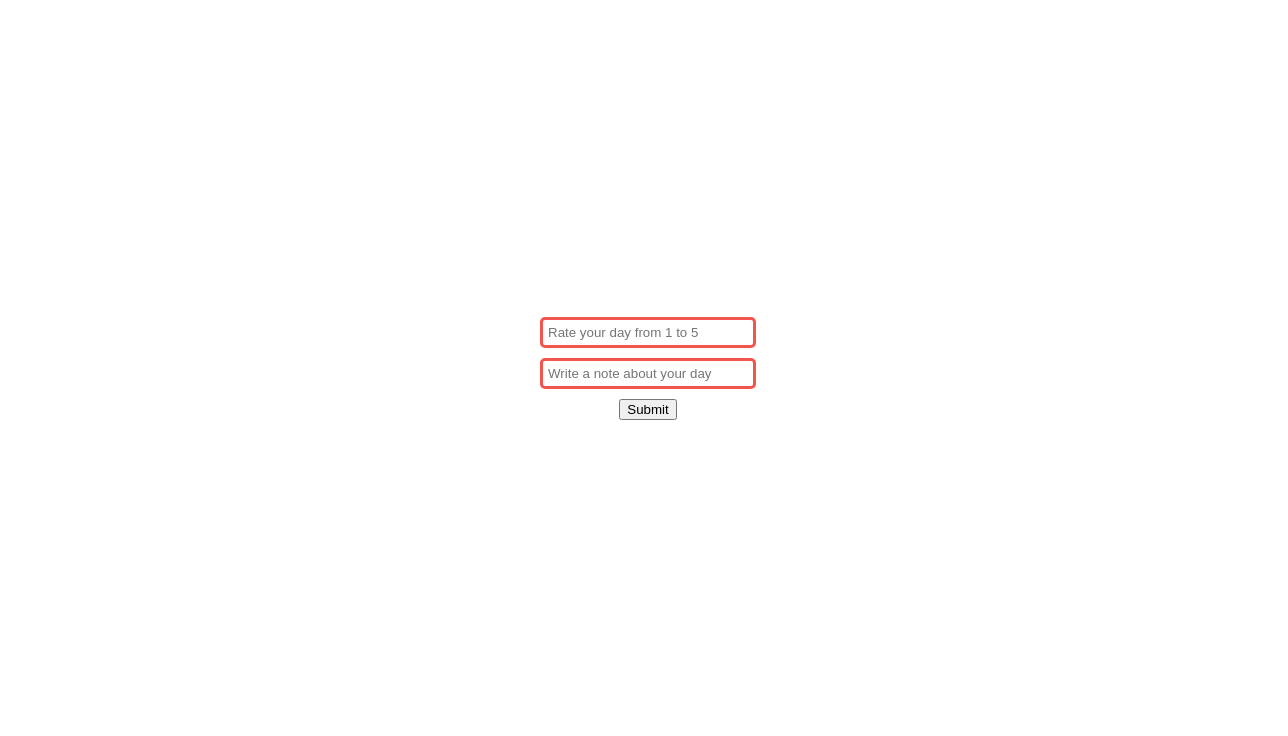
Repository: elenav24/RateMyDay
Page: frontend/index.html
An editor plug-in stored every save of this project. The page is shown before and after the next save, followed by the edit.
The browser window is 1280 px wide. The page is 1288 px wide, so the pictures cover 1288 px, including what lies to the right of the window. The pictures show the whole page.

Above is the page before, as saved 2025-05-15 01:21:30.

### frontend/index.html
<!DOCTYPE html>

<html lang="en">
    <head>
        <meta charset="utf-8">
        <title>Rate My Day!</title>
        <meta name="description" content="Welcome to Rate My Day!">
        <meta name="viewport" content="width=device-width, initial-scale=1">
        <link rel="stylesheet" href="style.css">
    </head>
    <body>
        <div class="container">
            <input type="text" id="rating" placeholder="Rate your day from 1 to 5">
            <input type="text" id="note" placeholder="Write a note about your day">
            <button id="submit">Submit</button>
        </div>

        <script src="script.js" defer></script>
    </body>
</html>

### frontend/style.css
.container {
    display: flex;
    flex-direction: column;
    align-items: center;
    justify-content: center;
    width: 100vw;
    height: 100vh;
}

#rating, #note {
    display: flex;
    flex-direction: column;
    justify-content: center;
    align-content: center;
    border: 3px solid #f2554d;
    border-radius: 5px;
    width: 200px;
    padding: 5px;
    margin-bottom: 10px;
}

### frontend/script.js
document.addEventListener('DOMContentLoaded', () => {
    const button = document.getElementById('submit');
    const rating = document.getElementById('rating');
    const note = document.getElementById('note');

    button.addEventListener('click', async () => {
        const ratingValue = parseInt(rating.value);
        const noteValue = note.value;

        if (isNaN(ratingValue) || ratingValue < 1 || ratingValue > 5) {
            alert('Please enter a valid rating between 1 and 5.');
            return;
        }

        const payload = {
            rating: ratingValue,
            note: noteValue
        };

        try {
            const response = await fetch('http://localhost:8000/rate', {
                method: 'POST',
                headers: {
                    'Content-Type': 'application/json'
                },
                body: JSON.stringify(payload)

            });

            const data = await response.json();
            alert(data.message);



        } catch (error) {
            console.error('Submission Error:', error);
            alert('An error occurred while submitting your rating.');
        }

    });

});

After the next save:
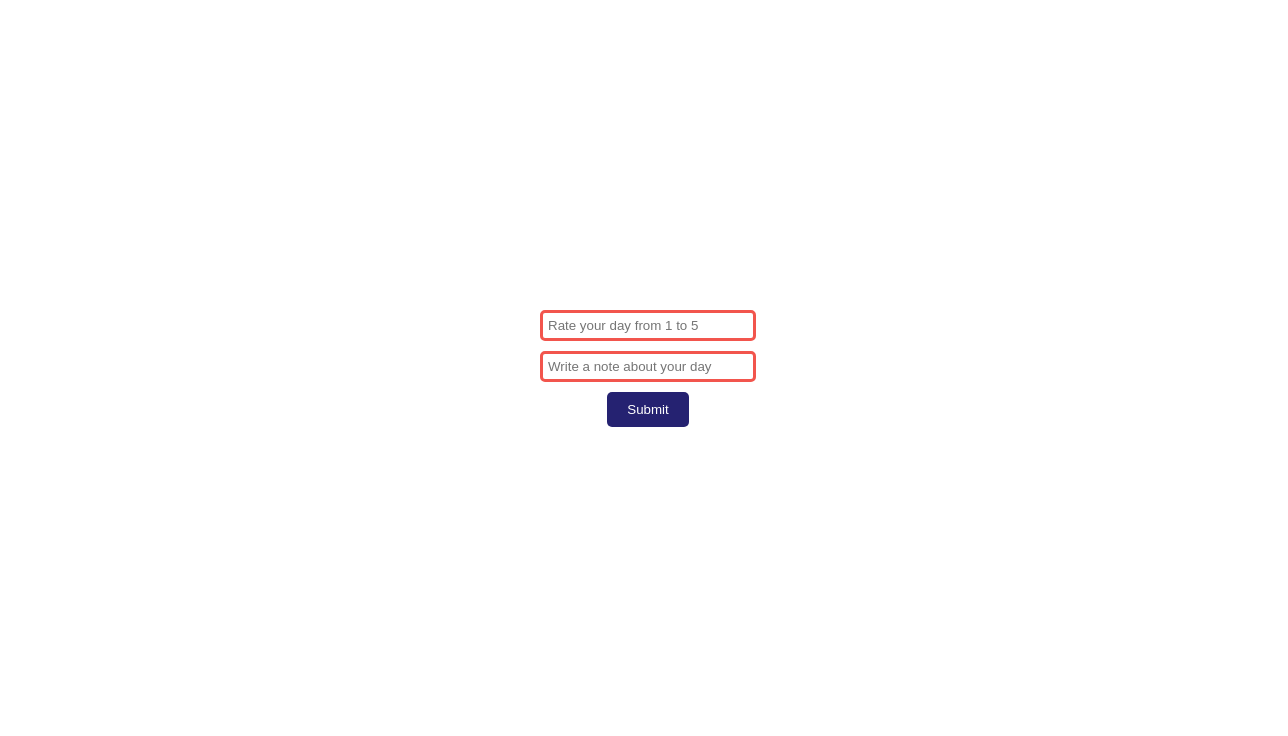
Saved 84 s later.
--- a/frontend/style.css
+++ b/frontend/style.css
@@ -8,13 +8,18 @@
 }
 
 #rating, #note {
-    display: flex;
-    flex-direction: column;
-    justify-content: center;
-    align-content: center;
     border: 3px solid #f2554d;
     border-radius: 5px;
     width: 200px;
     padding: 5px;
     margin-bottom: 10px;
 }
+
+#submit {
+    background-color: #252271;
+    color: white;
+    border: none;
+    border-radius: 5px;
+    padding: 10px 20px;
+    cursor: pointer;
+}
